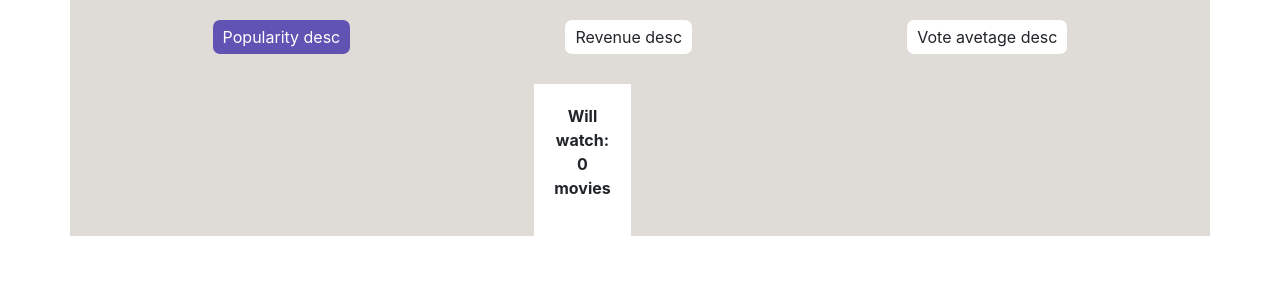
Repository: mamulini/movieslist
Page: /
The author's editor kept a copy of each file at every save. The page is drawn from the files as they stood at one save, then again after the next save.
The browser window is 1280 px wide. The pictures show the whole page.
The pointer rests on the first visible `.nav__item`.
The page's requests for data from a server got no answer. Some web libraries are served in a nearby version. The project was rebuilt for these pictures with package versions that can differ from the ones it lists, and the page was loaded fresh each time. No one was signed in, and anything a server would have sent is missing. Also part of the build but not shown: src/component/MovieItem.jsx.

Above is the page before, as saved 2020-03-12 13:07:14.

### public/index.html
<!DOCTYPE html>
<html lang="en">
  <head>
    <meta charset="utf-8" />
    <link rel="icon" href="%PUBLIC_URL%/favicon.ico" />
    <meta name="viewport" content="width=device-width, initial-scale=1" />
    <meta name="theme-color" content="#000000" />
    <meta
      name="description"
      content="Web site created using create-react-app"
    />
    <link rel="stylesheet" href="https://cdnjs.cloudflare.com/ajax/libs/font-awesome/5.11.2/css/all.css" integrity="sha256-46qynGAkLSFpVbEBog43gvNhfrOj+BmwXdxFgVK/Kvc=" crossorigin="anonymous" />
    <link rel="apple-touch-icon" href="%PUBLIC_URL%/logo192.png" />
    <!--
      manifest.json provides metadata used when your web app is installed on a
      user's mobile device or desktop. See https://developers.google.com/web/fundamentals/web-app-manifest/
    -->
    <link rel="manifest" href="%PUBLIC_URL%/manifest.json" />
    <!--
      Notice the use of %PUBLIC_URL% in the tags above.
      It will be replaced with the URL of the `public` folder during the build.
      Only files inside the `public` folder can be referenced from the HTML.

      Unlike "/favicon.ico" or "favicon.ico", "%PUBLIC_URL%/favicon.ico" will
      work correctly both with client-side routing and a non-root public URL.
      Learn how to configure a non-root public URL by running `npm run build`.
    -->
    <title>ReactWarrior App</title>
  </head>
  <body>
    <noscript>You need to enable JavaScript to run this app.</noscript>
    <div id="root"></div>
    <!--
      This HTML file is a template.
      If you open it directly in the browser, you will see an empty page.

      You can add webfonts, meta tags, or analytics to this file.
      The build step will place the bundled scripts into the <body> tag.

      To begin the development, run `npm start` or `yarn start`.
      To create a production bundle, use `npm run build` or `yarn build`.
    -->
  </body>
</html>

### src/index.js
import React from 'react';
import ReactDOM from 'react-dom';
import 'bootstrap/dist/css/bootstrap.css';
import './index.css';
import App from './container/App';
import * as serviceWorker from './serviceWorker';



ReactDOM.render(<App />, document.getElementById('root'));

serviceWorker.unregister();

### src/index.css
body {
  margin: 0;
  padding: 0;
  font-family: -apple-system, BlinkMacSystemFont, 'Segoe UI', 'Roboto', 'Oxygen',
    'Ubuntu', 'Cantarell', 'Fira Sans', 'Droid Sans', 'Helvetica Neue',
    sans-serif;
  -webkit-font-smoothing: antialiased;
  -moz-osx-font-smoothing: grayscale;
  box-sizing: border-box;
}

code {
  font-family: source-code-pro, Menlo, Monaco, Consolas, 'Courier New',
    monospace;
}
























/* .container{
  max-width: 400px;
  margin: 0 auto;
  background: #ffffff;
}

.tittle{
  text-align: left;
}

.poster{
  display: block;
  max-width: 400px ;
}

.overview{
  max-width: 500px;
}

.voteArea{
  display: flex;
  justify-content: space-between;
  align-items: center;
}

.likeBtn{
  background: blue;
  color: #ffffff;
} */

### src/container/App.js
import React from 'react';
import './App.css';
// import MoviesData from '../MoviesData';
import MovieItem from '../component/MovieItem';
import MovieTabs from '../component/MovieTabs';
import {API_URL,API_KEY_3} from '../utils/api';




class App extends React.Component{
  constructor(){
    super();
    this.state = {
      movies: [],
      moviesWillWatch: [],

      }

      console.log('Constructor');
  }

 componentDidMount() {
   fetch(`${API_URL}/discover/movie?api_key=${API_KEY_3}&sort_by=release_date.desc`).then( response => {
     return response.json()
   }).then( data => {

     this.setState({
       movies: data.results
     })
   })
 }


  removeMovie = movie => {
    const updateMovies = this.state.movies.filter(function (item){
      return item.id !== movie.id
    });
    this.setState({
      movies: updateMovies
    });
  }

  addMoviesToWillWatch = movie => {
    const updateMoviesWillWatch = [...this.state.moviesWillWatch];
    updateMoviesWillWatch.push(movie);
    console.log(updateMoviesWillWatch);

    this.setState({
      moviesWillWatch: updateMoviesWillWatch
    })
  }

  removeMovieFromWillWatch = movie => {
    const updateMoviesWillWatch = this.state.moviesWillWatch.filter(function (item){
      return item.id !== movie.id
    });
    this.setState({
      moviesWillWatch: updateMoviesWillWatch
    });
  }



  render(){
    console.log('render');
      return(
      <div className='container'>
        <MovieTabs />
        <div className={'movie__wrapper'}>
          <div className={'movies'}>{this.state.movies.map( movie => {
          return(
           <MovieItem removeMovie={this.removeMovie} addMoviesToWillWatch={this.addMoviesToWillWatch}  movie={movie} removeMovieFromWillWatch={this.removeMovieFromWillWatch} />
          )
          })}

          </div>
          <div className={'willWatch'}>
            <p>Will watch: {this.state.moviesWillWatch.length} movies</p>
            {/* <div>{this.state.moviesWillWatch}</div> */}
          </div>
        </div>
      </div>


    )
  }
}

export default App;

### src/container/App.css

.container{
  display: flex;
  flex-direction: column;
  background: rgba(207, 203, 197, 0.671);


}

.movie__tabs{
  display: flex;
  justify-content: space-around;
  padding: 20px;
}

.nav__item{
  padding: 5px 10px;
  background: #ffffff;
  border-radius: 7px;
  cursor: pointer;
}

.nav__item:hover{
  background: #6153b3;
  color: #ffffff;
}

.movie__wrapper{
  max-width: 100%;
  padding: 0;
  display: flex;
  flex-flow: row wrap;
  margin: 0 auto;

}

.willWatch{
  flex: 0 0 20%;
  background: #ffffff;
  text-align: center;
  padding: 10px;
  font-weight: bold;
}

.willWatch p{
  text-align: center;
  padding: 10px;
  font-weight: bold;
}


.movies{
  flex: 0 0 80%;
  padding: 5px;
  display: flex;
  flex-flow: row wrap;



}

.movie__item{
  box-shadow: 0 0 18px rgba(214,214,214,.9);
  flex: 0 0 22%;
  margin: 10px;
  background: #ffffff;
}

.movie__title{
  padding: 10px;
  text-align: center;
  font-size: 1rem;

}

.movie__poster{
  max-width: 100%;
}
.movie__poster img{
  width: 100%;
}


.movie__rank{
  color: goldenrod;
  font-size: 1.5em;
}

.movie__btn{
  margin: 5px auto;
  background: red;
  color: #ffffff;
  border-radius: 8px;
}




.willWatch__btn{
  float: right;
  margin: 5px;
  background: rgb(101, 116, 105);
  color: #ffffff;
  border-radius: 8px;

}
.willWatch__btn--success{
  float: right;
  margin: 5px;
  background: rgb(22, 170, 29);
  color: #ffffff;
  border-radius: 8px;

}

### src/component/MovieTabs.jsx
import React from 'react';


class MovieTabs extends React.Component{
    render(){
        return(
            <ul className={'movie__tabs nav nav__pils'}>
                <li className={'nav__item'}>
                    <div className={'nav__link'}>Popularity desc</div>
                </li>
                <li className={'nav__item'}>
                    <div className={'nav__link'}>Revenue desc</div>
                </li>
                <li className={'nav__item'}>
                    <div className={'nav__link'}>Vote avetage desc</div>
                </li>
            </ul>
        )
    }
}

export default MovieTabs

### src/utils/api.js
export const API_URL = "https://api.themoviedb.org/3";

export const API_KEY_3 = "3f4ca4f3a9750da53450646ced312397";

export const API_KEY_4 =
  "eyJ0eXAiOiJKV1QiLCJhbGciOiJIUzI1NiJ9.eyJhdWQiOiIzZjRjYTRmM2E5NzUwZGE1MzQ1MDY0NmNlZDMxMjM5NyIsInN1YiI6IjVhYzlmNWRkOTI1MTQxNjJhZTA1Njk0NiIsInNjb3BlcyI6WyJhcGlfcmVhZCJdLCJ2ZXJzaW9uIjoxfQ.Fc4f9DVB6pFWh6hIjYe0NCC4pImdmNzDIfi_3Nb3tC4";

Loaded but not shown: src/serviceWorker.js (common file); public/manifest.json (common file)

After the next save:
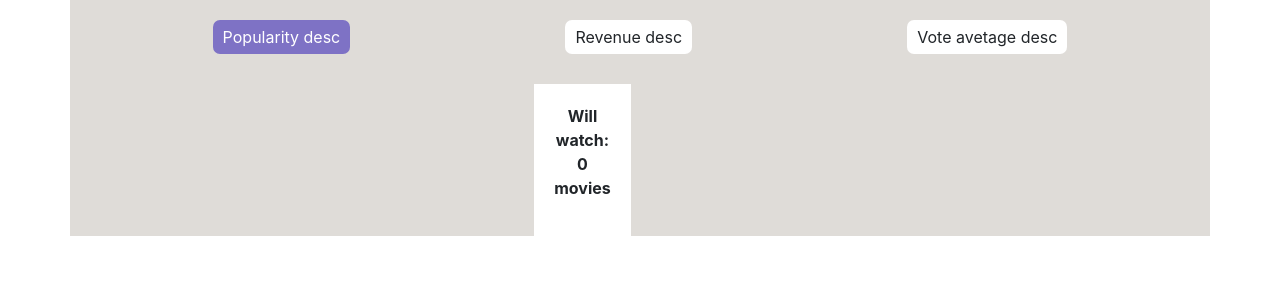
Saved 6 s later.
--- a/src/container/App.css
+++ b/src/container/App.css
@@ -21,7 +21,7 @@
 }
 
 .nav__item:hover{
-  background: #6153b3;
+  background: #7e72c5;
   color: #ffffff;
 }
 
